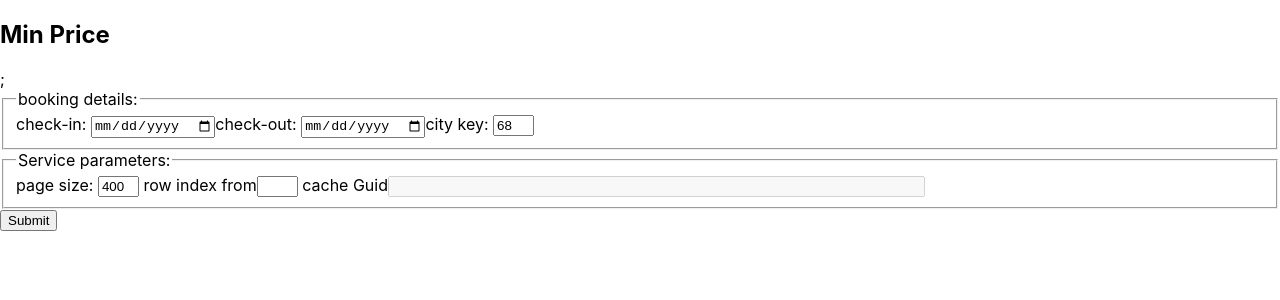
Repository: vsterev/il-test
Page: /min-price
An editor plug-in stored every save of this project. The page is shown before and after the next save, followed by the edit.
The browser window is 1280 px wide. The pictures show the whole page.
The project was rebuilt for these pictures with package versions that can differ from the ones it lists, and the page was loaded fresh each time. A package was used in the major version that the imports need, not the one package.json lists. Also part of the build but not shown: src/components/error/index.jsx.

Above is the page before, as saved 2021-04-27 09:53:30.

After the next save:
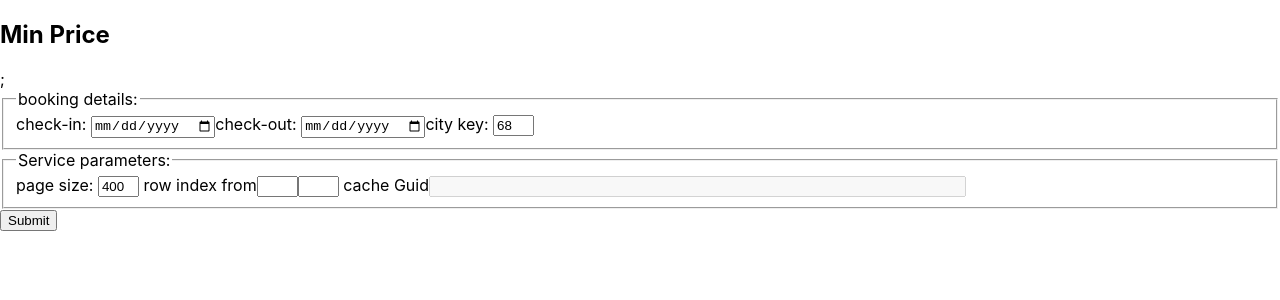
Saved 24 s later.
--- a/src/components/minPrice/index.jsx
+++ b/src/components/minPrice/index.jsx
@@ -79,6 +79,12 @@ const MinPrice = () => {
             size="2"
             onChange={(e) => setDetails({ ...details, rowIndexFrom: e.target.value })}
           />
+          <input
+            type="text"
+            value={totalCount}
+            size="2"
+            // onChange={(e) => setDetails({ ...details, rowIndexFrom: e.target.value })}
+          />
           <label htmlFor="cacheGuid"> cache Guid</label>
           <input
             type="text"
